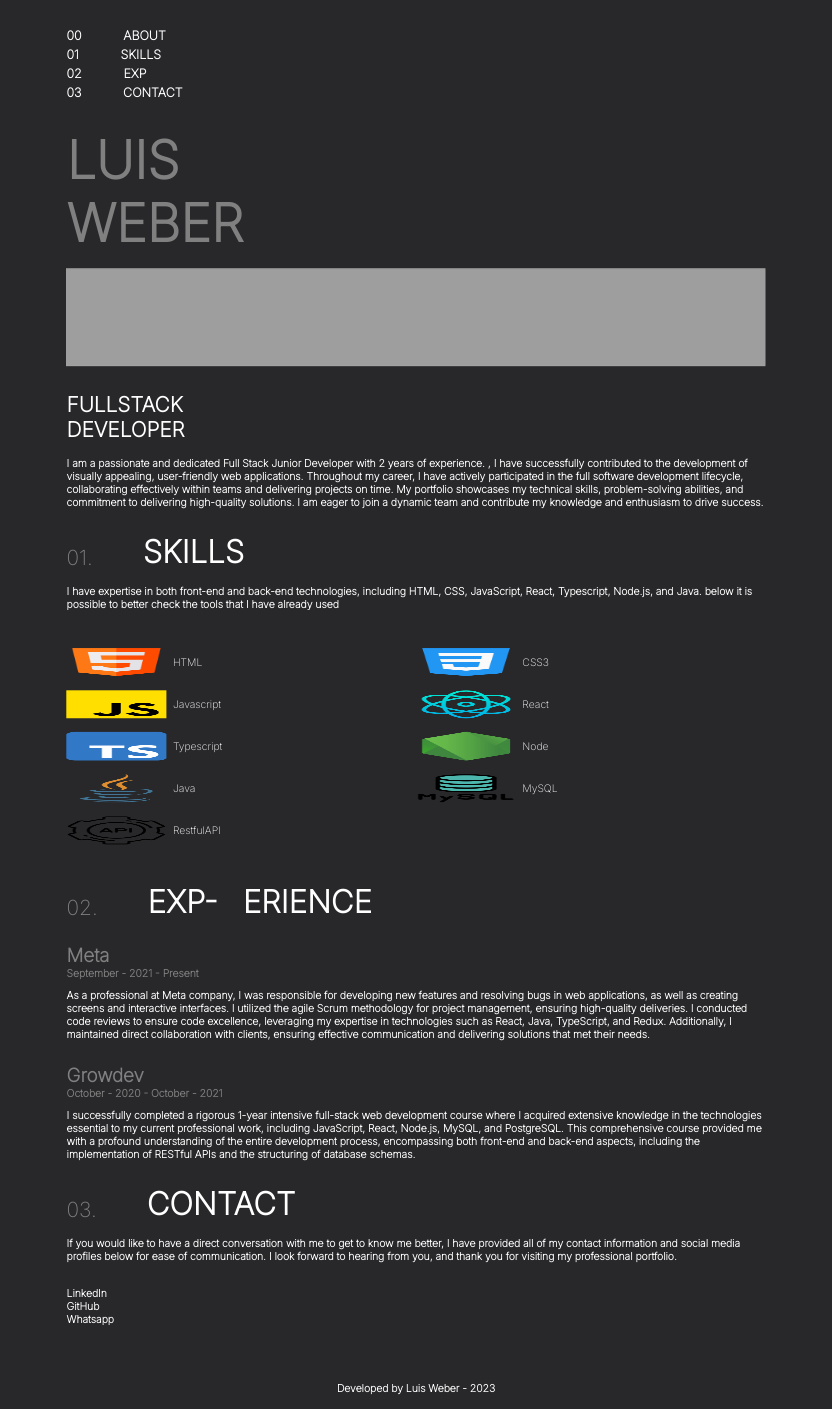
Repository: luiswh1/Portfolio
Page: /
These files come from the project's save history. The page is drawn as it stood at one moment and after the next save; the edit follows.
The browser window is 1280 px wide. The pictures show the whole page, at 65% of full size.
Pictures or frames that could not be fetched are drawn as grey boxes. The project was rebuilt for these pictures with package versions that can differ from the ones it lists, and the page was loaded fresh each time.

Above is the page before, as saved 2023-06-01 20:42:52.

After the next save:
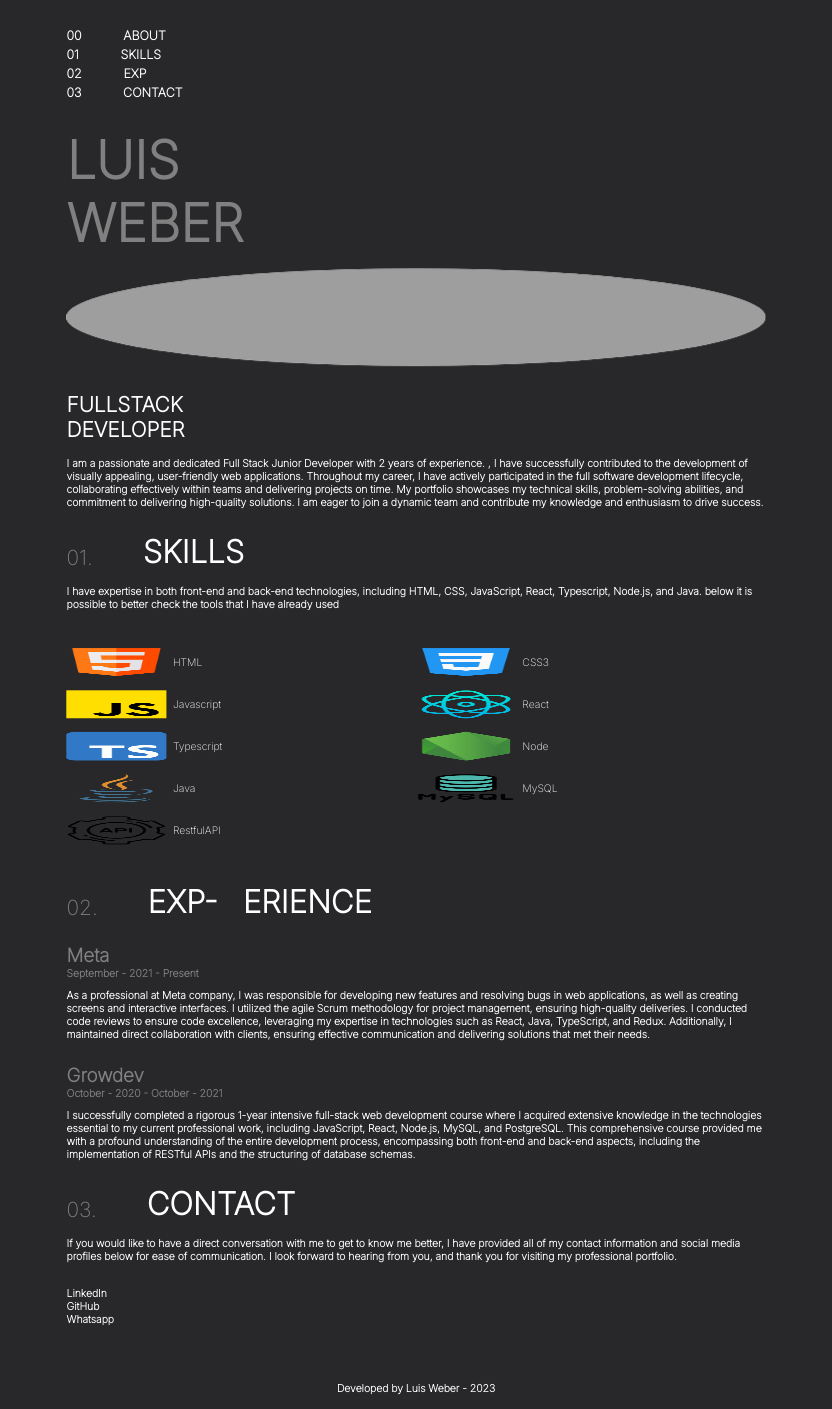
Saved 50 s later.
--- a/src/Pages/Home.tsx
+++ b/src/Pages/Home.tsx
@@ -43,6 +43,7 @@ const Home = () => {
               backgroundColor: "white",
               margin: "auto",
               marginTop: "3vh",
+              borderRadius: '50%'
             }}
           ></img>
           <Profession>
